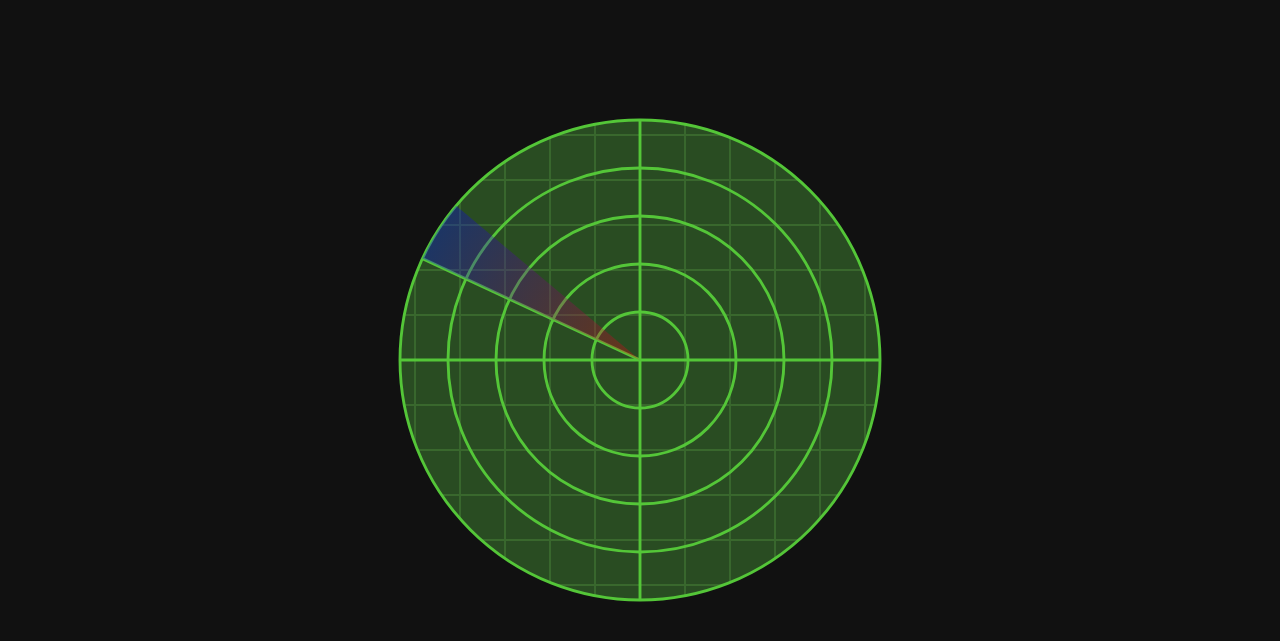
Repository: pedro-mancano/ProjetoCDM204
Page: scripts/radar.html
These files come from the project's save history. The page is drawn as it stood at one moment and after the next save; the edit follows.
The browser window is 1280 px wide. The pictures show the whole page.

Above is the page before, as saved 2024-11-27 09:15:09.

### scripts/radar.html
<html>

<head>
  <title>Radars</title>
  <link rel="stylesheet" type="text/css" href="./radar.css">
</head>

<body>
  <div class="radar">
    <canvas id="radarCanvas" width="400" height="400"></canvas>
  </div>
  <script src="./radar.js"></script>

</html>

### scripts/radar.css
html,
body {
  background-color: #111;
  height: 100%;
  margin: 0;
  width: 100%;
}

.radar {
  height: 100%;
  width: 100%;
  display: flex;
}

#radarCanvas {
  margin: auto;
  position: relative;
}

### scripts/radar.js
const canvas = document.getElementById('radarCanvas');
const ctx = canvas.getContext('2d');
let lastDraw = performance.now();

size = Math.min(window.innerWidth, window.innerHeight);

ctx.canvas.width = size;
ctx.canvas.height = size;

scaleFactor = size / 500;

angle = 5;

function draw(elapsed) {
  ctx.clearRect(0, 0, canvas.width, canvas.height);

  angle += 0.5;

  const height = canvas.height;
  const width = canvas.width;
  const r = canvas.height / 3;
  const R = canvas.height / 2;


  // Draw the radar circle
  ctx.fillStyle = '#294c22';
  ctx.beginPath();
  ctx.arc(R, R, r, 0, 2 * Math.PI);
  ctx.fill();

  //
  ctx.strokeStyle = '#3a682e';
  ctx.lineWidth = scaleFactor;
  for (let i = 0; i < 2 * R; i += R / 8) {
    for (let j = 0; j < 2 * R; j += R / 8) {
      ctx.beginPath();
      ctx.moveTo(i, 0);
      ctx.lineTo(i, 2 * R);
      ctx.stroke();
      ctx.beginPath();
      ctx.moveTo(0, j);
      ctx.lineTo(2 * R, j);
      ctx.stroke();
    }
  }

  // Clear the outside circle
  ctx.globalCompositeOperation = 'destination-in';
  ctx.fillStyle = '#FFFFFF';
  ctx.beginPath();
  ctx.arc(R, R, r, 0, 2 * Math.PI);
  ctx.fill();
  ctx.globalCompositeOperation = 'source-over';


  // Draw grid lines (4 lines, 90 degrees apart)
  ctx.strokeStyle = '#54c638';
  ctx.lineWidth = 2 * scaleFactor;
  for (let i = 0; i < 360; i += 90) {
    ctx.beginPath();
    ctx.moveTo(R, R);
    ctx.lineTo(R + r * Math.cos(i * Math.PI / 180), R + r * Math.sin(i * Math.PI / 180));
    ctx.stroke();
  }

  // Circle outlines 5
  for (let i = 0; i < 6; i++) {
    ctx.beginPath();
    ctx.arc(R, R, r / 5 * i, 0, 2 * Math.PI);
    ctx.stroke();
  }

  // Draw the radar sweep
  ctx.strokeStyle = '#54c638';
  ctx.lineWidth = 2 * scaleFactor;
  ctx.beginPath();
  ctx.moveTo(R, R);
  ctx.lineTo(R + r * Math.cos(-angle * Math.PI / 180), R + r * Math.sin(-angle * Math.PI / 180));
  ctx.stroke();

  // Draw the radar arc sweep (15 deg) low opacity
  const gradient = ctx.createRadialGradient(R, R, 0, R, R, r);
  gradient.addColorStop(0, 'red'); // Start with red
  gradient.addColorStop(1, 'blue'); // End with blue

  ctx.fillStyle = gradient;
  ctx.lineWidth = 2 * scaleFactor;
  ctx.globalAlpha = 0.3;
  ctx.beginPath();
  ctx.moveTo(R, R);
  ctx.arc(R, R, r, -angle * Math.PI / 180, (-angle + 15) * Math.PI / 180);
  ctx.fill();
  ctx.globalAlpha = 1;
}

function drawLoop() {
  draw(performance.now() - lastDraw);
  lastDraw = performance.now();
  requestAnimationFrame(drawLoop);
}

requestAnimationFrame(drawLoop);

After the next save:
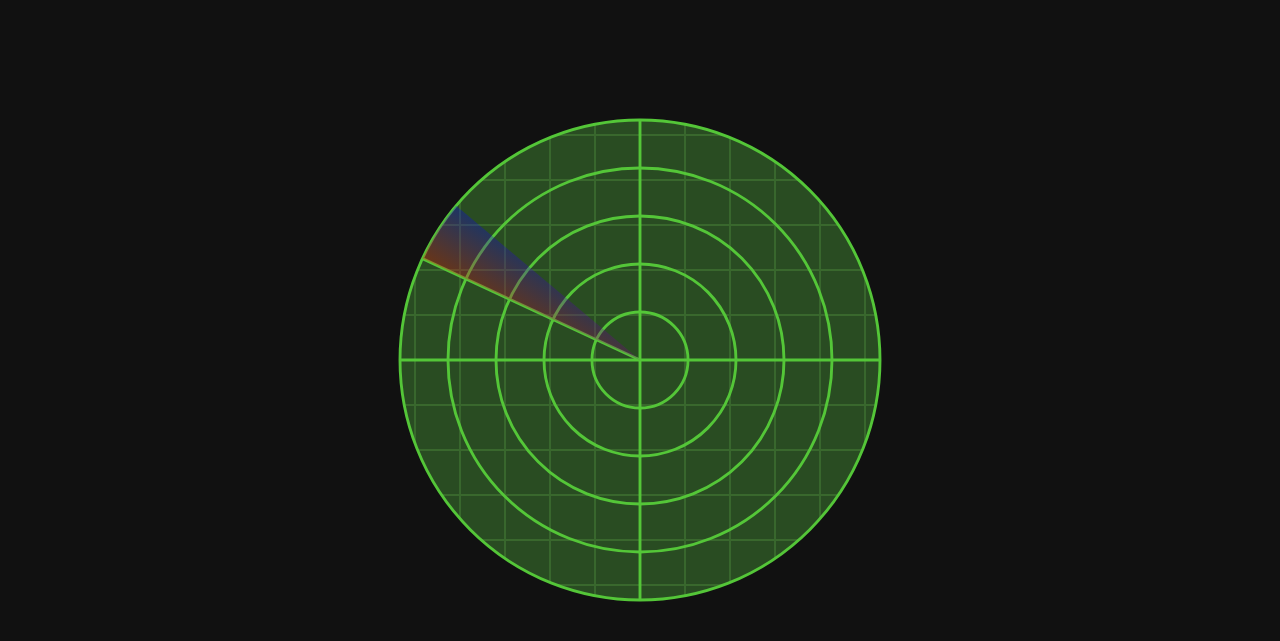
Saved 107 s later.
--- a/scripts/radar.js
+++ b/scripts/radar.js
@@ -79,7 +79,13 @@ function draw(elapsed) {
   ctx.stroke();
 
   // Draw the radar arc sweep (15 deg) low opacity
-  const gradient = ctx.createRadialGradient(R, R, 0, R, R, r);
+  const startX = R + r * Math.cos(-angle * Math.PI / 180);
+  const startY = R + r * Math.sin(-angle * Math.PI / 180);
+  const endX = R + r * Math.cos((-angle + 15) * Math.PI / 180);
+  const endY = R + r * Math.sin((-angle + 15) * Math.PI / 180);
+
+  // Create a linear gradient
+  const gradient = ctx.createLinearGradient(startX, startY, endX, endY);
   gradient.addColorStop(0, 'red'); // Start with red
   gradient.addColorStop(1, 'blue'); // End with blue
 
